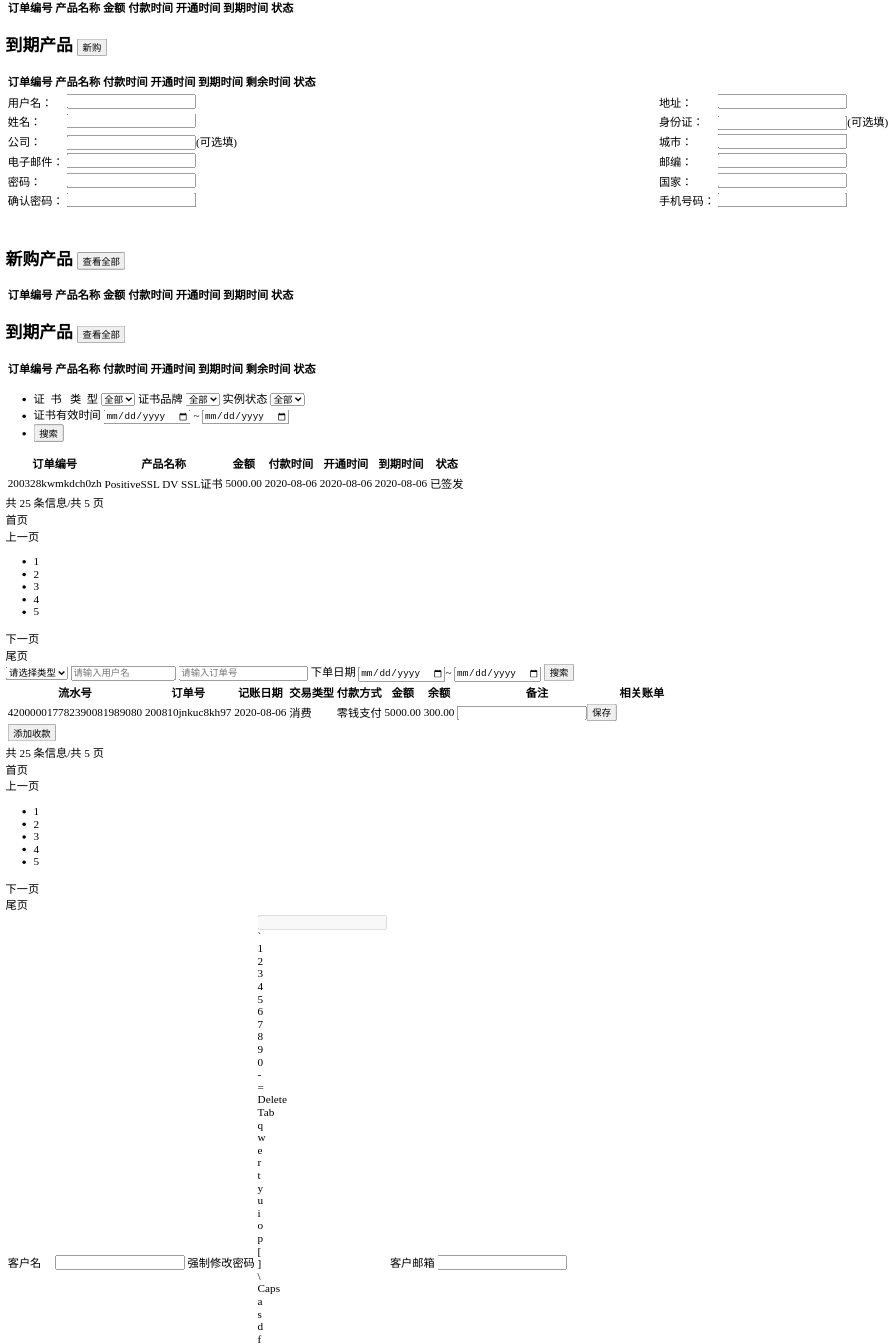
Repository: wangyan466393/racentSystem
Page: customerData.html
An editor plug-in stored every save of this project. The page is shown before and after the next save, followed by the edit.
The browser window is 1280 px wide. The pictures show the part of the page from y = 1093 to 3013 px (the page is 3508 px tall), at 70% of full size.

Above is the page before, as saved 2020-08-13 17:44:09.

After the next save:
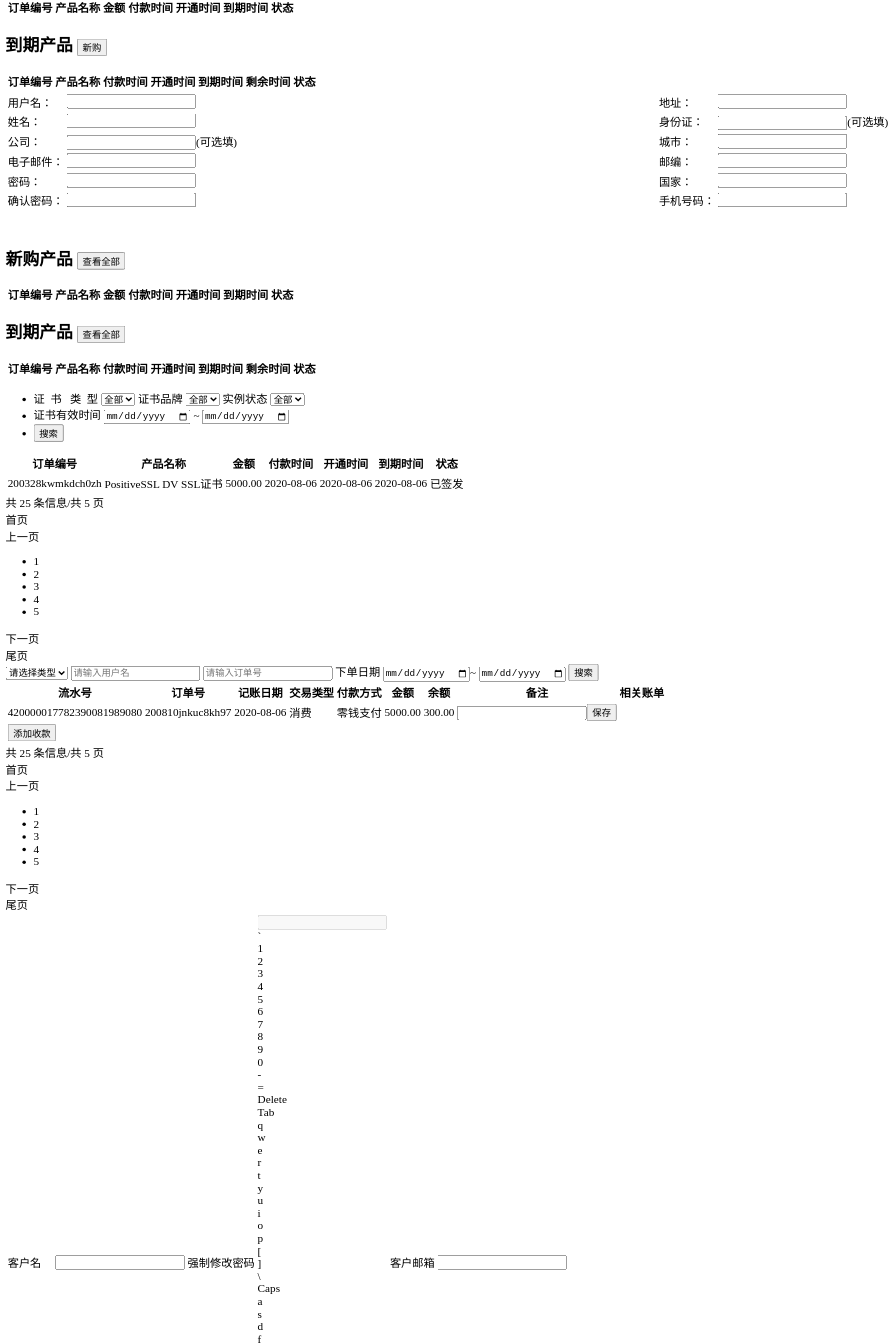
Saved 11 s later.
--- a/customerData.html
+++ b/customerData.html
@@ -376,7 +376,7 @@
                     </select>
                 </span>
                 <span>
-                    <input type="text" placeholder="请输入用户名" id="order_username" style="width: 150px;">
+                    <input type="text" placeholder="请输入用户名" >
                 </span>
                 <span>
                     <input type="text" placeholder="请输入订单号" id="order_number">
